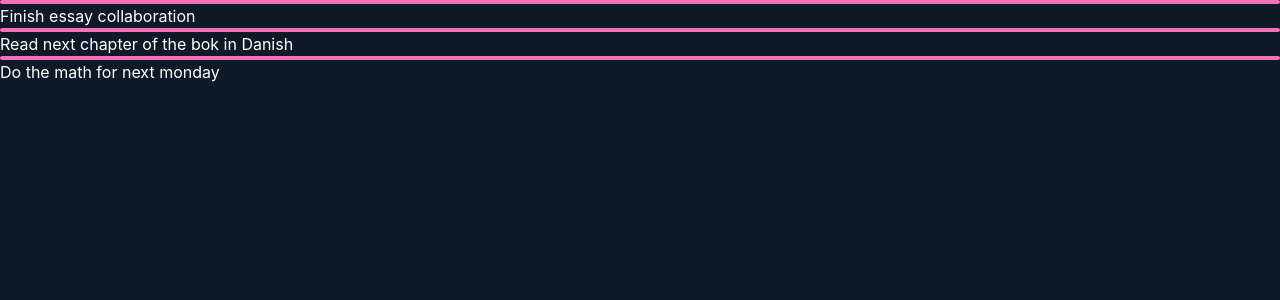
Repository: VachArt/react-exam-work
Page: /
These files come from the project's save history. The page is drawn as it stood at one moment and after the next save; the edit follows.
The browser window is 1280 px wide. The pictures show the whole page.
The project was rebuilt for these pictures with package versions that can differ from the ones it lists, and the page was loaded fresh each time.

Above is the page before, as saved 2022-04-27 14:45:22.

### src/index.jsx
import React from 'react';
import ReactDOM from 'react-dom';
import './index.css';
import Home from './components/pages/Home/Home';

const root = ReactDOM.createRoot(document.getElementById('root'));
root.render(
  <React.StrictMode>
    <Home />
  </React.StrictMode>
);

### src/components/pages/Home/Home.jsx
import React from 'react'
import TodoItem from './item/TodoItem'

const todos = [
    {
        _id: "efnejhj",
        title: "Finish essay collaboration",
        isCompleted: false,
    },
    {
        _id: "efnejhrrrr",
        title: "Read next chapter of the bok in Danish",
        isCompleted: false,
    },
    {
        _id: "efnejhj2323",
        title: "Do the math for next monday",
        isCompleted: false,
    }
]

const Home = () => {
    return (
        <div className='bg-gray-900 h-screen text-white'>
            {todos.map(todo => (
                <TodoItem key={todo._id} todo={todo} />
            ))}
        </div>
    )
}

export default Home

### src/components/pages/Home/item/TodoItem.jsx
import React from 'react'
import Check from './Check'

const TodoItem = ({todo}) => {
    return (
        <div>
            <Check />
            {todo.title}
        </div>
    )
}



export default TodoItem

### src/components/pages/Home/item/Check.jsx
import React from 'react'
import {BsCheck} from 'react-icons/bs'


const Check = ({isComleted}) => {
    return (
        <div className='border-2 rounded-lg border-pink-400'>
            {isComleted &&
            <BsCheck size={24} className='text-gray-900'/>
            }
        </div>
    )
}

export default Check

Loaded but not shown: public/index.html (common file); src/index.css (common file); tailwind.config.js (common file)

After the next save:
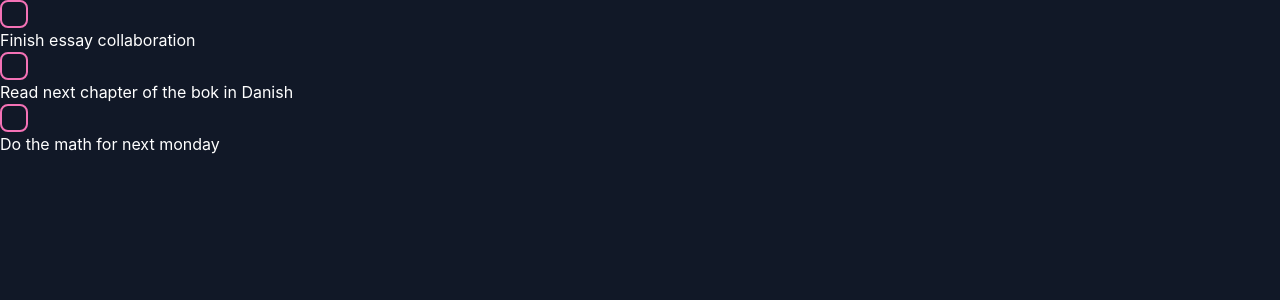
Saved 23 s later.
--- a/src/components/pages/Home/item/Check.jsx
+++ b/src/components/pages/Home/item/Check.jsx
@@ -4,7 +4,7 @@ import {BsCheck} from 'react-icons/bs'
 
 const Check = ({isComleted}) => {
     return (
-        <div className='border-2 rounded-lg border-pink-400'>
+        <div className='border-2 rounded-lg border-pink-400 w-7 h-7'>
             {isComleted &&
             <BsCheck size={24} className='text-gray-900'/>
             }
